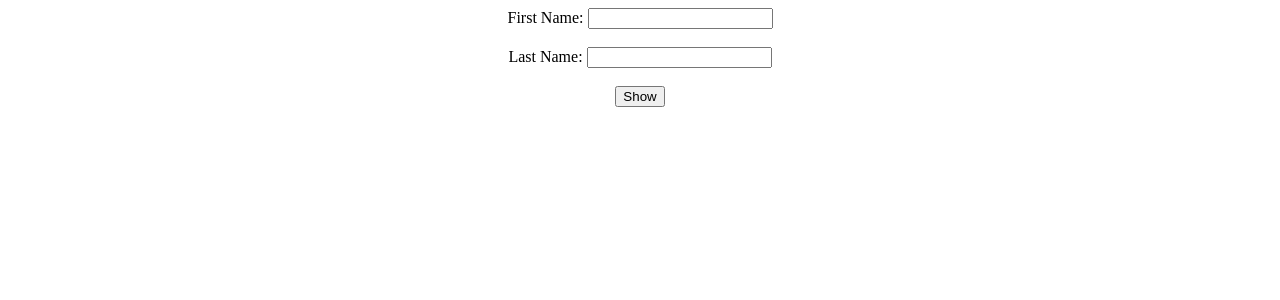
Repository: sandeshAraveti/Java-training
Page: http://localhost/JspBankProject1/demo.jsp
The author's editor kept a copy of each file at every save. The page is drawn from the files as they stood at one save, then again after the next save.
The browser window is 1280 px wide. The pictures show the whole page.
The page is served by Tomcat 9.

Above is the page before, as saved 2019-12-06 09:35:10.

After the next save:
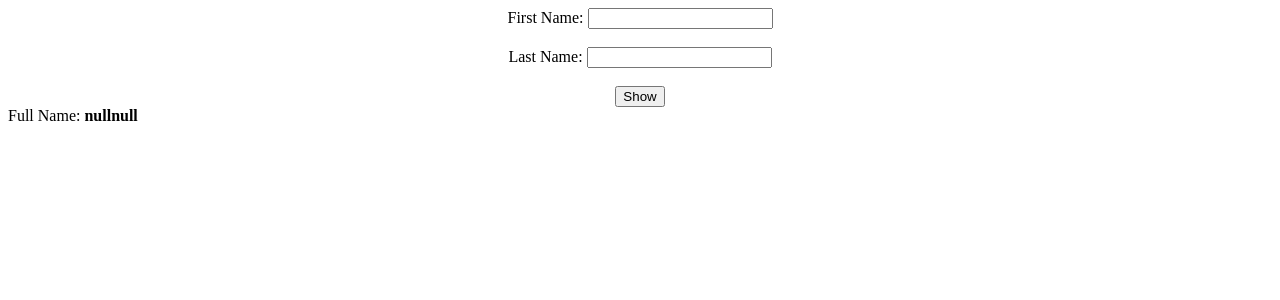
Saved 4 min 37 s later.
--- a/Java_HCL/Day_jdbc/JspBankProject1/WebContent/demo.jsp
+++ b/Java_HCL/Day_jdbc/JspBankProject1/WebContent/demo.jsp
@@ -15,12 +15,15 @@
     <input type="text" name="lastName" /><br/><br/>
     <input type="submit" value="Show" />
 
-
-
     </center>
 
+    </form>
+    <%
+    String fname=request.getParameter("firstName");
+    String lname=request.getParameter("lastName");
+    String fulName=fname +""+lname;
 
-
-    </form>
+    %>
+   Full Name: <b> <%=fulName %> </b>
 </body>
 </html>
